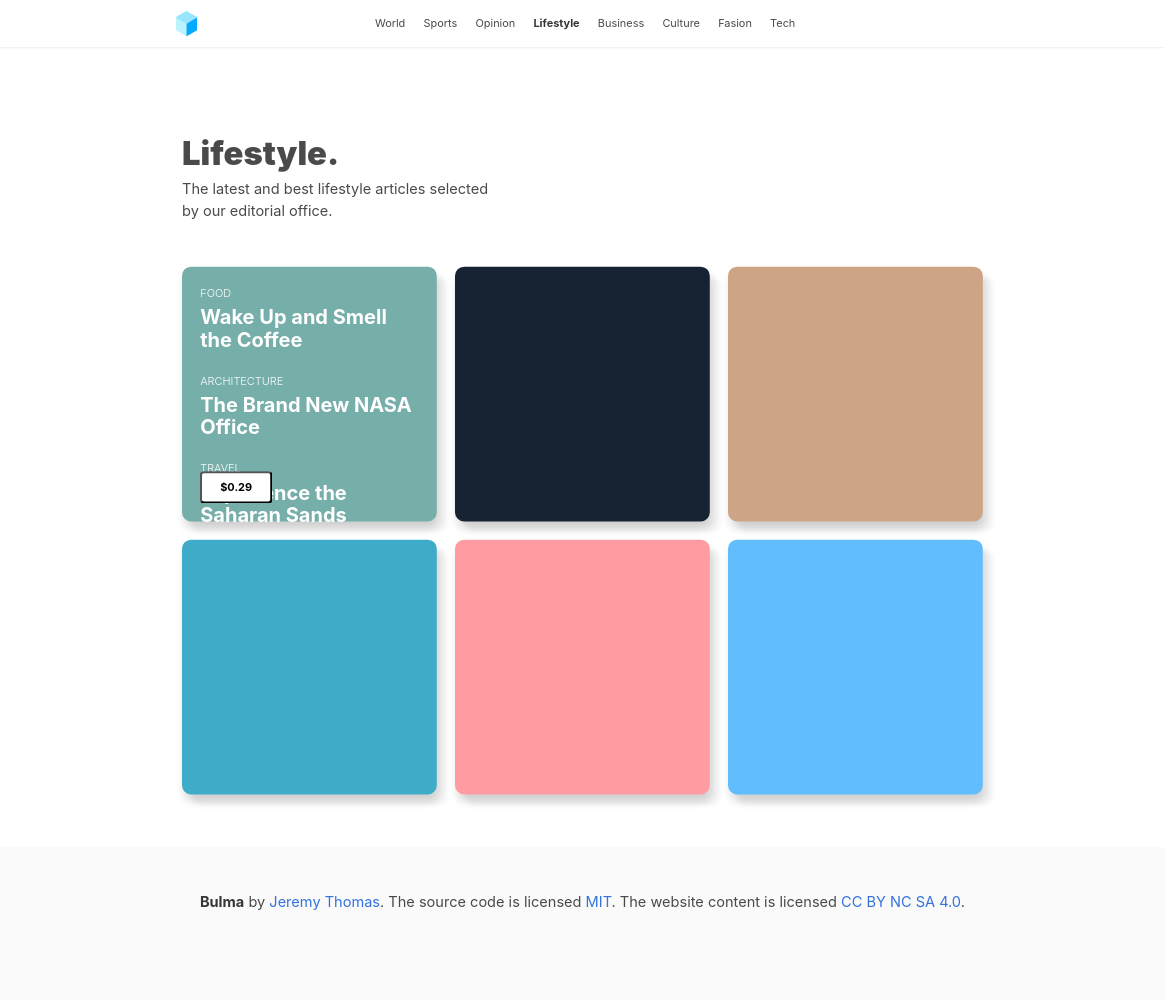
Repository: DOODpls/js_ass1
Page: index.html
An editor plug-in stored every save of this project. The page is shown before and after the next save, followed by the edit.
The browser window is 1280 px wide. The pictures show the whole page, at 91% of full size.

Above is the page before, as saved 2019-11-22 18:47:17.

After the next save:
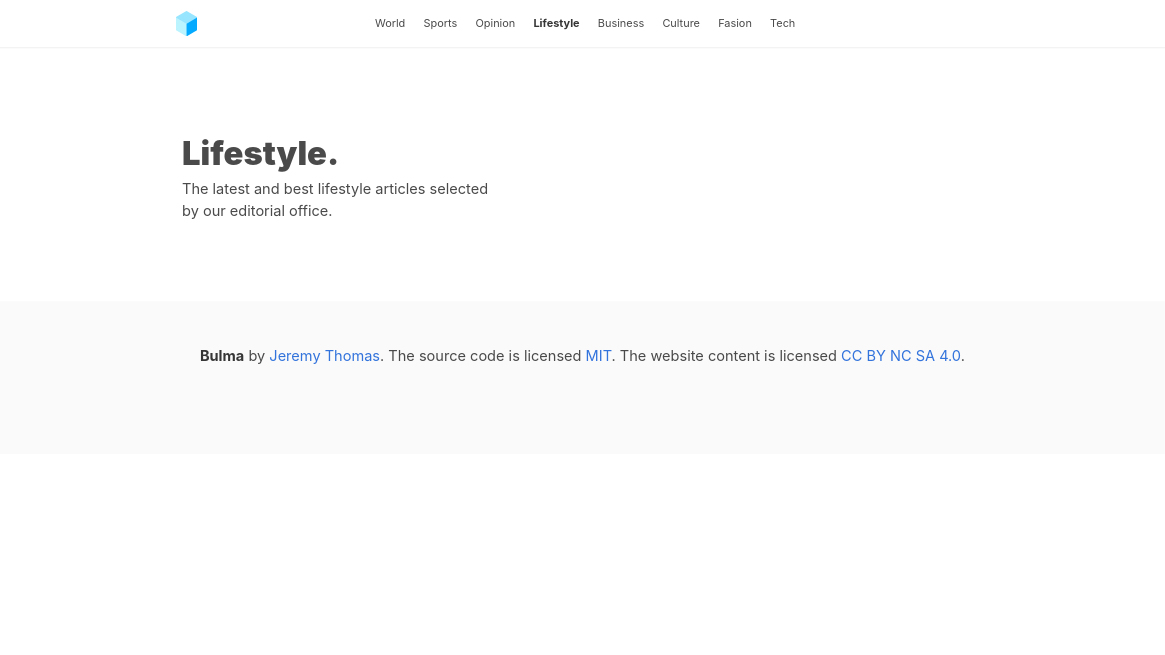
Console error: SyntaxError: Invalid left-hand side in assignment
Saved 13 s later.
--- a/app.js
+++ b/app.js
@@ -104,7 +104,7 @@ const data = [
         divr.id = 'divtile'
         tilers.appendChild(divr)
 
-        const p1 = document.querySelector('#divtile')
+        const p1 = document.querySelector('#divtile'=1++)
         const pr1 = document.createElement('p')
         pr1.textContent = item.topic
         pr1.className= 'topic'
